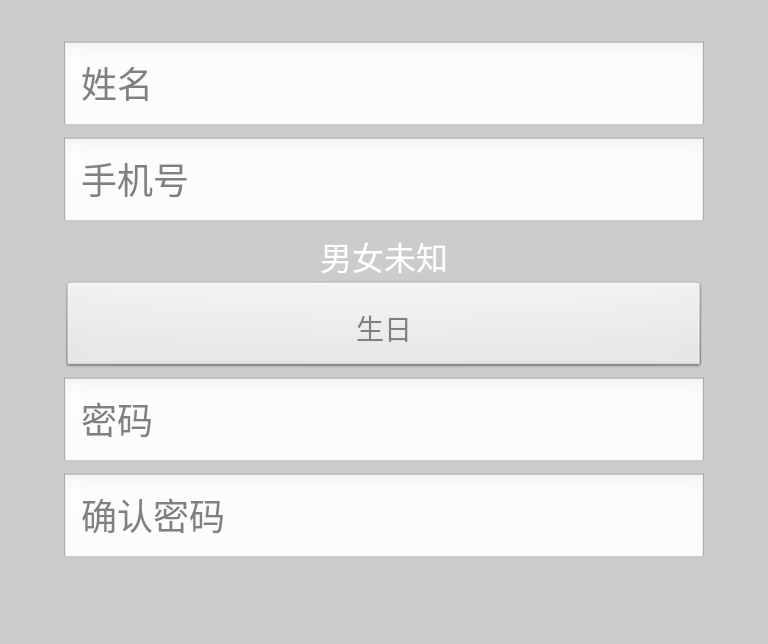
Repository: ligl/YuZhong
Layout: YuZhong/res/layout/process_user.xml
The author's editor kept a copy of each file at every save. The layout is drawn from the files as they stood at one save, then again after the next save.
The pictures show rows 636 to 1280 of an output 1280 px tall.
It is drawn on a 768 x 1280 px phone screen (xhdpi) without system bars, with theme android:Theme.Black.NoTitleBar; the app's code is not run.

Above is the layout before, as saved 2012-08-04 05:49:15.

### YuZhong/res/layout/process_user.xml
<?xml version="1.0" encoding="utf-8"?>
<ScrollView xmlns:android="http://schemas.android.com/apk/res/android"
    xmlns:app="http://schemas.android.com/apk/res/cn.amose.yuzhong"
    android:layout_width="match_parent"
    android:layout_height="match_parent"
    android:background="#ccc" >

    <LinearLayout
        android:layout_width="match_parent"
        android:layout_height="wrap_content"
        android:orientation="vertical" >

        <RelativeLayout
            android:layout_width="match_parent"
            android:layout_height="wrap_content"
            android:layout_margin="10dp" >

            <ImageButton
                android:layout_width="wrap_content"
                android:layout_height="wrap_content"
                android:layout_alignParentLeft="true"
                android:layout_centerVertical="true"
                android:onClick="onBackClick"
                android:scaleType="fitCenter"
                android:src="@drawable/common_button_back" />

            <ImageButton
                android:layout_width="wrap_content"
                android:layout_height="wrap_content"
                android:layout_alignParentRight="true"
                android:layout_centerVertical="true"
                android:onClick="onCommitClick"
                android:scaleType="fitCenter"
                android:src="@drawable/common_button_commit" />
        </RelativeLayout>

        <FrameLayout
            android:layout_width="@dimen/common_avatar_width"
            android:layout_height="@dimen/common_avatar_height"
            android:layout_gravity="center_horizontal"
            android:layout_marginBottom="20dp" >

            <cn.amose.yuzhong.widget.AsyncImageView
                android:id="@+id/iv_process_user_avatar"
                android:layout_width="@dimen/common_avatar_width"
                android:layout_height="@dimen/common_avatar_height"
                android:layout_gravity="center_horizontal"
                android:background="#f1000000"
                android:scaleType="fitCenter"
                app:defaultSrc="@drawable/ic_launcher" />

            <ImageButton
                android:layout_width="wrap_content"
                android:layout_height="wrap_content"
                android:layout_gravity="bottom|right"
                android:onClick="onAvatarChooserClick"
                android:scaleType="fitCenter"
                android:src="@drawable/common_button_commit" />
        </FrameLayout>

        <LinearLayout
            android:layout_width="match_parent"
            android:layout_height="wrap_content"
            android:layout_marginLeft="30dp"
            android:layout_marginRight="30dp"
            android:orientation="vertical" >

            <EditText
                android:id="@+id/et_process_user_name"
                android:layout_width="match_parent"
                android:layout_height="wrap_content"
                android:hint="@string/process_user_hint_name"
                android:inputType="textPersonName"
                android:singleLine="true" />

            <EditText
                android:id="@+id/et_process_user_mobile"
                android:layout_width="match_parent"
                android:layout_height="wrap_content"
                android:hint="@string/process_user_hint_mobile"
                android:inputType="phone"
                android:singleLine="true" />

            <RadioGroup
                android:id="@+id/rg_process_user_gender"
                android:layout_width="match_parent"
                android:layout_height="wrap_content"
                android:gravity="center_horizontal"
                android:orientation="horizontal" >

                <RadioButton
                    android:id="@+id/rbtn_process_user_gender_male"
                    android:layout_width="wrap_content"
                    android:layout_height="wrap_content"
                    android:button="@null"
                    android:text="男" />

                <RadioButton
                    android:id="@+id/rbtn_process_user_gender_female"
                    android:layout_width="wrap_content"
                    android:layout_height="wrap_content"
                    android:button="@null"
                    android:text="女" />

                <RadioButton
                    android:id="@+id/rbtn_process_user_gender_unkown"
                    android:layout_width="wrap_content"
                    android:layout_height="wrap_content"
                    android:button="@null"
                    android:text="未知" />
            </RadioGroup>

            <Button
                android:id="@+id/btn_process_user_birthday"
                android:layout_width="match_parent"
                android:layout_height="wrap_content"
                android:gravity="center"
                android:hint="@string/process_user_hint_birthday"
                android:onClick="onBirthdaySettingClick"
                android:padding="5dp" />

            <EditText
                android:id="@+id/et_process_user_password"
                android:layout_width="match_parent"
                android:layout_height="wrap_content"
                android:hint="@string/process_user_hint_password"
                android:inputType="textPassword"
                android:singleLine="true" />

            <EditText
                android:id="@+id/et_process_user_repassword"
                android:layout_width="match_parent"
                android:layout_height="wrap_content"
                android:hint="@string/process_user_hint_repassword"
                android:inputType="textPassword"
                android:singleLine="true" />
        </LinearLayout>
    </LinearLayout>

</ScrollView>

### YuZhong/res/values/dimens.xml
<?xml version="1.0" encoding="utf-8"?>
<resources>

    <dimen name="common_avatar_width">250dp</dimen>
    <dimen name="common_avatar_height">250dp</dimen>

</resources>

### YuZhong/res/values/strings.xml
<?xml version="1.0" encoding="utf-8"?>
<resources>

    <string name="app_name">羽众</string>
    <string name="common_toast_connectionfailed">网络连接失败</string>
    <string name="common_toast_connectionnodata">获取数据失败，请重试</string>
    <string name="common_toast_jsonparseerror">JSON解析数据出错</string>
    <string name="common_toast_nodata">没有搜索到您需要的数据</string>
    <string name="common_toast_error">操作失败</string>
    <string name="common_toast_sdcarderror">SD卡不可用，请确认您的SD卡可以正常使用</string>
    <string name="common_toast_sdcardspaceerror">SD卡空间不足</string>
    <string name="common_toast_uploaderror">上传文件失败</string>
    <string name="common_toast_getimagefailed">图片获取失败</string>
    <string name="common_toast_unsupport">不支持该文件类型</string>
    <string name="common_label_loading">正在加载,请稍候...</string>
    <!-- pull to refresh -->
    <string name="pull_to_refresh_pull_label">下拉刷新...</string>
    <string name="pull_to_refresh_release_label">松开即可刷新...</string>
    <string name="pull_to_refresh_refreshing_label">正在加载...</string>
    <string name="pull_to_refresh_tap_label">点击刷新...</string>
    <string name="login_label_login">登录</string>
    <string name="login_label_register">注册</string>
    <string name="login_hint_password">密码</string>
    <string name="login_hint_mobile">手机号</string>
    <string name="process_user_hint_name">姓名</string>
    <string name="process_user_hint_mobile">手机号</string>
    <string name="process_user_hint_birthday">生日</string>
    <string name="process_user_hint_password">密码</string>
    <string name="process_user_hint_repassword">确认密码</string>
    <string name="process_user_toast_registerfailed">注册失败</string>
    <string name="processuser_toast_passworddiffer">两次密码不同，请重新输入</string>

</resources>

After the next save:
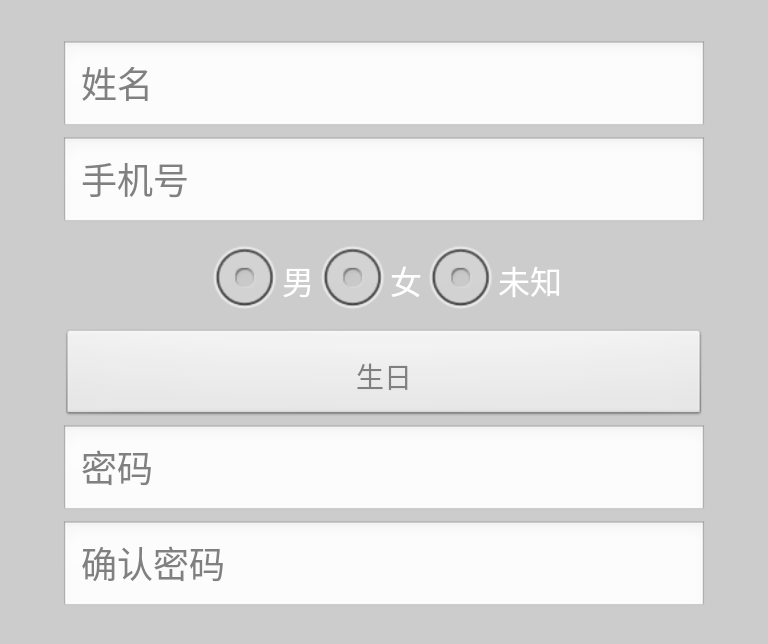
Saved 2 min 56 s later.
--- a/YuZhong/res/layout/process_user.xml
+++ b/YuZhong/res/layout/process_user.xml
@@ -92,21 +92,18 @@
                     android:id="@+id/rbtn_process_user_gender_male"
                     android:layout_width="wrap_content"
                     android:layout_height="wrap_content"
-                    android:button="@null"
                     android:text="男" />
 
                 <RadioButton
                     android:id="@+id/rbtn_process_user_gender_female"
                     android:layout_width="wrap_content"
                     android:layout_height="wrap_content"
-                    android:button="@null"
                     android:text="女" />
 
                 <RadioButton
                     android:id="@+id/rbtn_process_user_gender_unkown"
                     android:layout_width="wrap_content"
                     android:layout_height="wrap_content"
-                    android:button="@null"
                     android:text="未知" />
             </RadioGroup>
 
